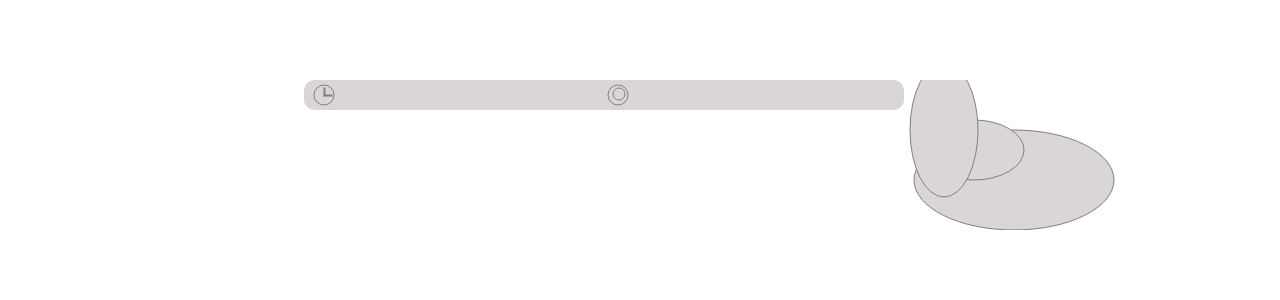
Repository: Gaj123-coder/emoji-search-app
Page: /
The author's editor kept a copy of each file at every save. The page is drawn from the files as they stood at one save, then again after the next save.
The browser window is 1280 px wide. The pictures show the whole page.
The project was rebuilt for these pictures with package versions that can differ from the ones it lists, and the page was loaded fresh each time.

Above is the page before, as saved 2021-10-30 14:41:44.

### public/index.html
<!DOCTYPE html>
<html>
    <head>
        <title>Emoji Search</title>
        <meta charset="UTF-8">
        <meta name="author" content="Gajanan C Hegde">
        <meta name="description" content="A simple emoji search app using React JS">
        <meta name="view-port" content="width=device-width,initial-scale=1">
        <meta property="og:title" content="emoji">
        <meta property="og:description" content="An emoji searh app">
        <meta property="og:url" content="http://www.emojis..com">
        <meta property="og:image" content="https://seeklogo.com/images/S/smile-with-glasses-emoji-logo-0C5A7F9874-seeklogo.com.png">
        <meta property="twitter:title" content="Emoji Search">
        <meta property="twitter:image" content="https://seeklogo.com/images/S/smile-with-glasses-emoji-logo-0C5A7F9874-seeklogo.com.png">
        <meta property="twitter:description" content="A simple recat js emloji search app">
        <meta property="twitter:card" content="summary_large_page">
        <meta property="facebook:title" content="Emoji Search">
        <meta property="facebook:image" content="https://seeklogo.com/images/S/smile-with-glasses-emoji-logo-0C5A7F9874-seeklogo.com.png">
        <meta property="facebooks:description" content="A simple react app for emoji search">
        <meta proprty="facebook:url" content="https://www.emojis.com">
        <link rel="canonical" href="index.html"/>
    </head>
    <body>
        <div id="root"></div>
    </body>
</html>

### src/App.js
import './App.css';
import {sad1,worry1,angry1,happy1,smiley1,peace1,love1,joy1,laugh1,gift1,smile1,hands1,sports1,supper1,evil1,shy1,tasty1,confuse1,sleepy1} from "./Components/emotions";
function App() {
  return (
    <div className="dec">
      <div>
        <svg>
          <circle cx="20" cy="15" r="10px" stroke="grey" strokeWidth="1px" fill="rgb(218, 214, 214)"/>
          <rect x="20" y="8" width="1px" height="8px" stroke="grey" strokeWidth="1px" fill="rgb(218, 214, 214)"/>
          <rect x="20" y="15" width="8px" height="1px" stroke="grey" strokeWidth="1px" fill="rgb(218, 214, 214)"/>
        </svg>
      </div>
      <div>
        <svg>
          <circle cx="14" cy="15" r="10px" stroke="grey" strokeWidth="1px" fill="rgb(218, 214, 214)"/>
          <circle cx="15" cy="14" r="6px" stroke="grey" strokeWidth="1px" fill="rgb(218, 214, 214)"/>
        </svg>
      </div>
      <div>
        <svg>
          <ellipse cx="110" cy="100" rx="100" ry="50" stroke="grey" strokeWidth="1px" fill="rgb(218, 214, 214)"/>
          <ellipse cx="70" cy="70 " rx="50" ry="30" stroke="grey" strokeWidth="1px" fill="rgb(218, 214, 214)"/>
          <ellipse cx="40" cy="50" rx="34" ry="67" stroke="grey" strokeWidth="1px" fill="rgb(218, 214, 214)"/>
        </svg>
      </div>
    </div>
  );
}

export default App;

### src/App.css
.dec{
  background-color: rgb(218, 214, 214);
  width:600px;
  height:30px;
  position: relative;
  left:19rem;
  border-radius:10px;
  top:5rem;
  display:flex;
  flex-direction:row;
  flex-wrap:nowrap;
}

.dec>div>svg{
  width:inherit;
  height:inherit;
}

### src/Components/emotions.js
const sad=["128524","128528",'128530',"128532","128542","128546","128549","128557"]
const worry=["128524","128529","128531","128532","128533","128543","128552","128553"]
const angry=["128520","128544","128545","128548","12855"]
const happy=["128512","128513","128514","128518","128522"]
const love=["128525","128535","128536","128537","128538"]
const joy=["128513","128517","128519","128521","128539","128540","128541"]
const laugh=["128513","128514","128518"]
const smile=["128512","128516"]
const gift=["127873","127891","127894","127874","127879","129395","127882","127876"]
const sports=["127939","127943","127947","","","","","","",""]
const hands=["128075","128588","129309","65039","128591","128077","129305","129304","128076","129306"]
const supper=["128526","128527"]
const peace=["128512","128515","128516","128519"]
const evil=["128520"]
const shy=["128522"]
const tasty=["128523"]
const confuse=["128534","128533","128550"]
const sleepy=["128554"]
const smiley=["128512","128513","128514","128515","128516","128517","128518","128519","128520","128521","128522","128523","128524","128525",
"128526","128527","128528","128529","128530","128531","128532","128533","128534","128535","128536","128537","128538","128539","128540"]

export const smiley1=smiley;
export const peace1=peace;
export const sad1=sad;
export const happy1=happy;
export const worry1=worry;
export const angry1=angry;
export const love1=love;
export const joy1=joy;
export const laugh1=laugh;
export const gift1=gift;
export const smile1=smile;
export const sports1=sports;
export const hands1=hands;
export const supper1=supper;
export const evil1=evil;
export const shy1=shy;
export const tasty1=tasty;
export const confuse1=confuse;
export const sleepy1=sleepy;

Loaded but not shown: src/index.js (common file); src/index.css (common file)

After the next save:
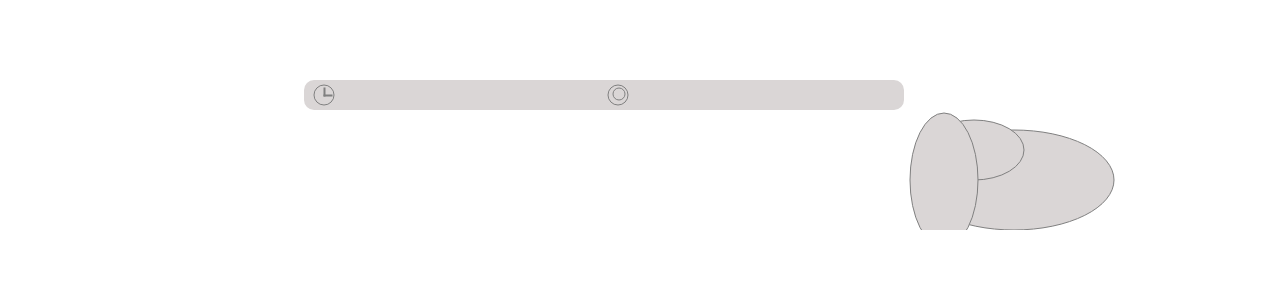
Saved 8 s later.
--- a/src/App.js
+++ b/src/App.js
@@ -20,7 +20,7 @@ function App() {
         <svg>
           <ellipse cx="110" cy="100" rx="100" ry="50" stroke="grey" strokeWidth="1px" fill="rgb(218, 214, 214)"/>
           <ellipse cx="70" cy="70 " rx="50" ry="30" stroke="grey" strokeWidth="1px" fill="rgb(218, 214, 214)"/>
-          <ellipse cx="40" cy="50" rx="34" ry="67" stroke="grey" strokeWidth="1px" fill="rgb(218, 214, 214)"/>
+          <ellipse cx="40" cy="100" rx="34" ry="67" stroke="grey" strokeWidth="1px" fill="rgb(218, 214, 214)"/>
         </svg>
       </div>
     </div>
